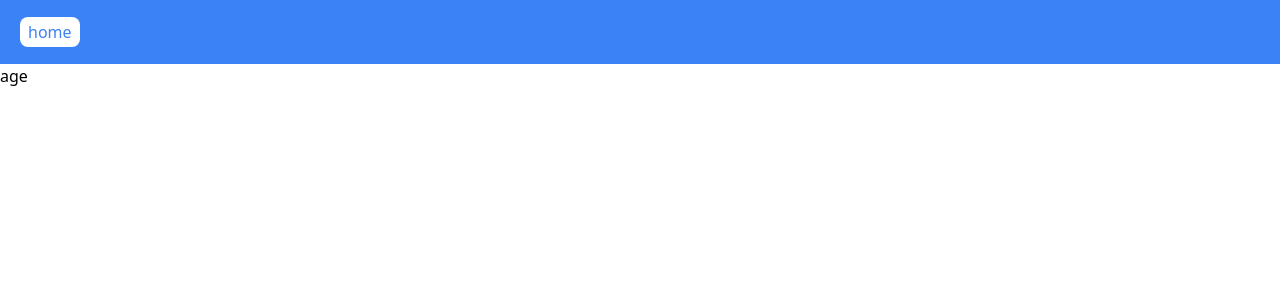
Repository: Kelvin1010/nextjs13-ultimate
Page: /dashboard
The author's editor kept a copy of each file at every save. The page is drawn from the files as they stood at one save, then again after a run of saves.
The browser window is 1280 px wide. The pictures show the whole page.
The project was rebuilt for these pictures with package versions that can differ from the ones it lists, and the page was loaded fresh each time. The framework's server and built-in components were replaced by stand-ins that run in the browser. Also part of the build but not shown: next.config.js.

Above is the page before, as saved 2023-02-08 12:34:15.

After the next 2 saves:
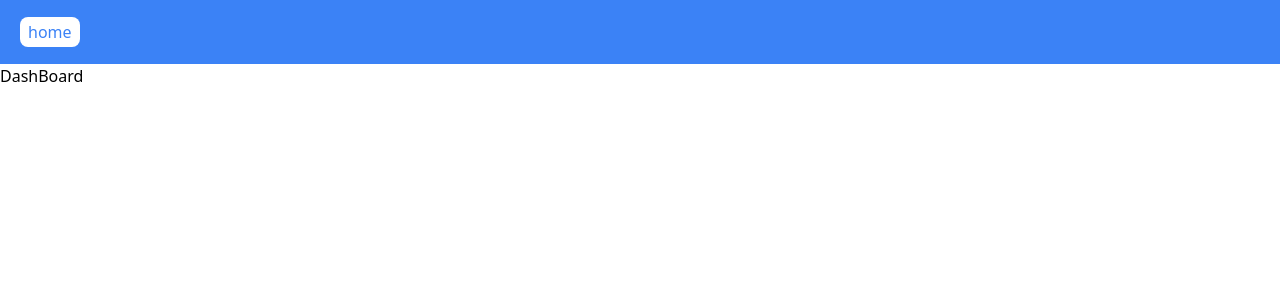
The 2 saves are shown as one change because they came seconds apart.
The last was saved 9 s later.
--- a/app/(admin)/dashboard/page.tsx
+++ b/app/(admin)/dashboard/page.tsx
@@ -1,9 +1,9 @@
 import React from 'react'
 
-function age() {
-  return (
-    <div>age</div>
-  )
+function DashBoard() {
+    return (
+        <div>DashBoard</div>
+    )
 }
 
-export default age
+export default DashBoard
